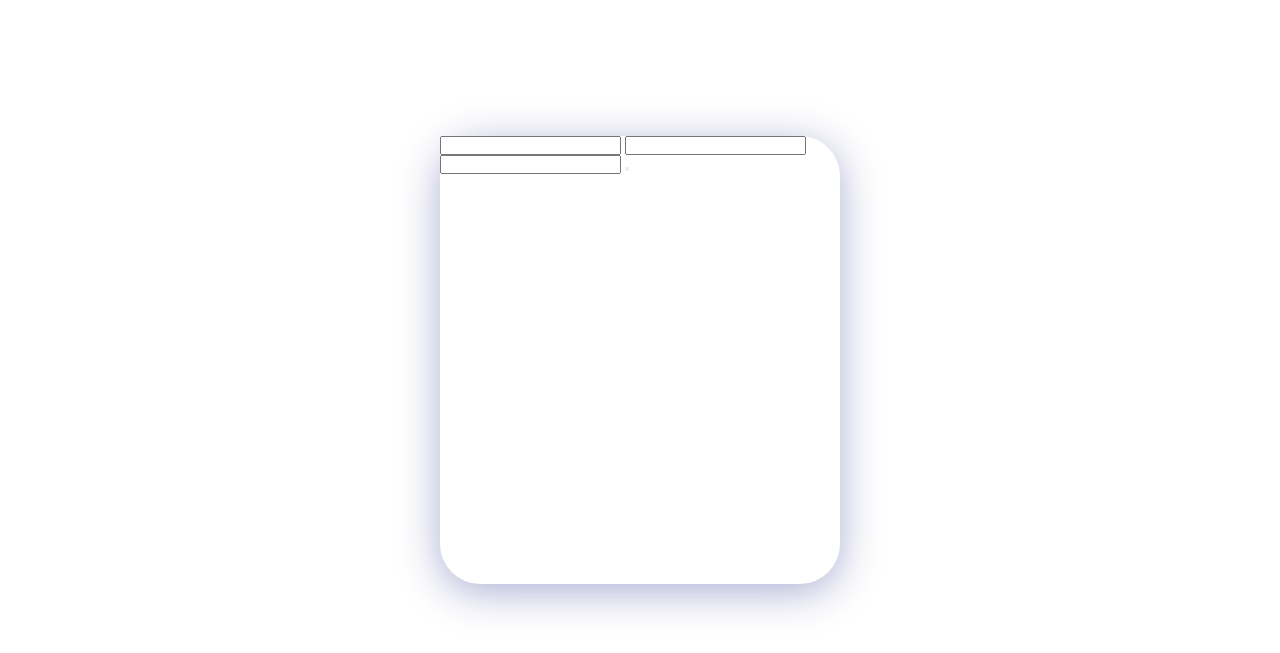
Repository: rkrukshan/Glass_Login_CSS
Page: login.html
These files come from the project's save history. The page is drawn as it stood at one moment and after a run of saves; the edit follows.
The browser window is 1280 px wide. The pictures show the whole page.

Above is the page before, as saved 2023-10-02 22:00:58.

After the next 2 saves:
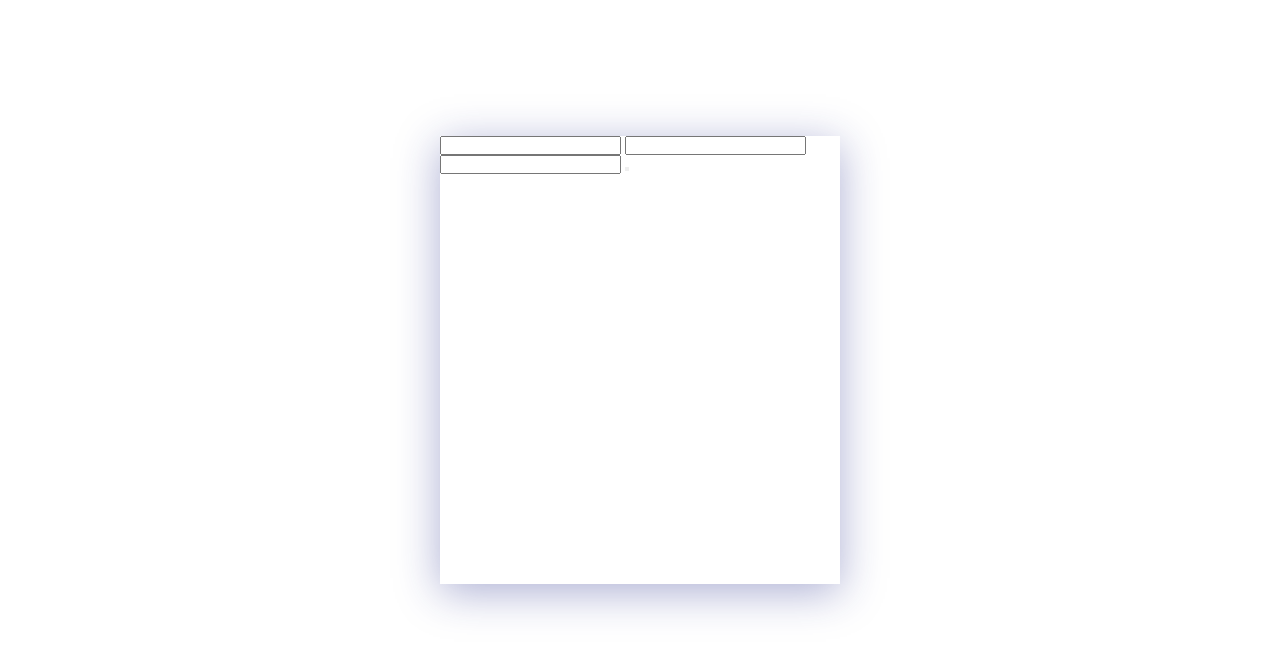
The 2 saves are shown as one change because they came seconds apart.
The last was saved 13 s later.
--- a/login.html
+++ b/login.html
@@ -24,8 +24,6 @@
         flex-direction: column;
         background: rgba(255, 255, 255, 0.06);
         box-shadow: 0 8px 41px 0 rgba(31, 38, 135, .37);
-        border-radius: 40px;
-        border-left: 1px solid rgba(red, green, blue, .3);
 
     }
     </style>
